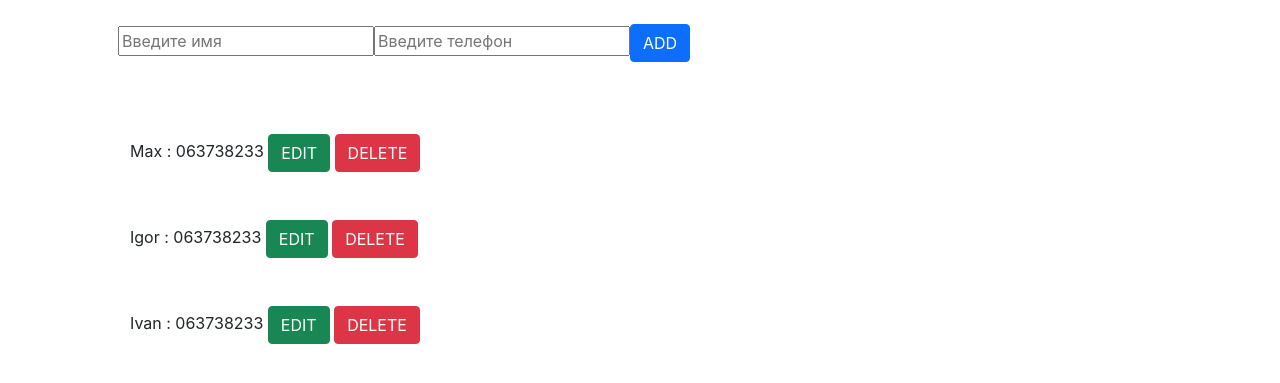
Repository: tsydikov/phone_book
Page: /
An editor plug-in stored every save of this project. The page is shown before and after the next save, followed by the edit.
The browser window is 1280 px wide. The pictures show the whole page.
The project was rebuilt for these pictures with package versions that can differ from the ones it lists, and the page was loaded fresh each time. Also part of the build but not shown: src/App.css, src/components/Update.jsx.

Above is the page before, as saved 2021-10-07 22:11:42.

After the next save:
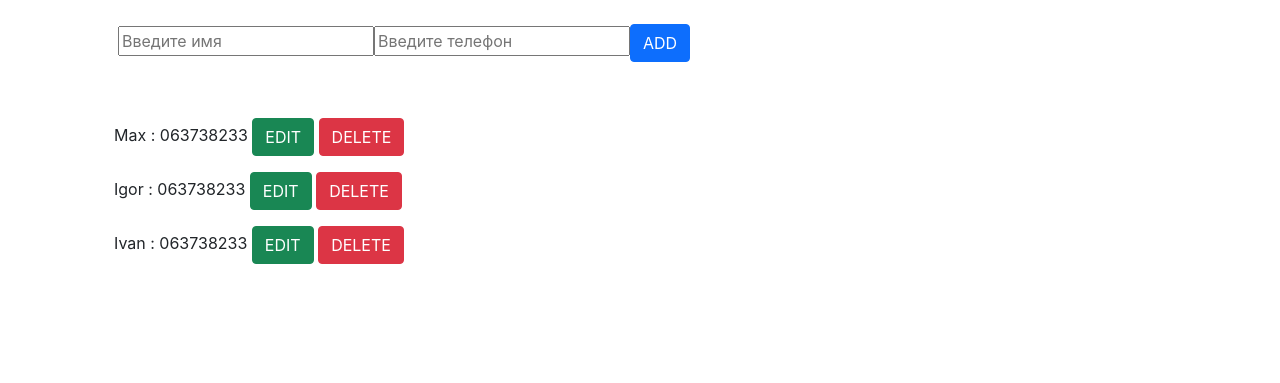
Saved 4 s later.
--- a/src/components/PhoneItem.jsx
+++ b/src/components/PhoneItem.jsx
@@ -11,7 +11,7 @@ const PhoneItem = ({ phone, editItem }) => {
   return (
     <Container>
       <Row>
-        <Col className="p-4">
+        <Col className="p-2">
           {phone.name} : {phone.phoneNamber}{" "}
           <Button variant="success" onClick={() => editItem(phone.id)}>
             EDIT
